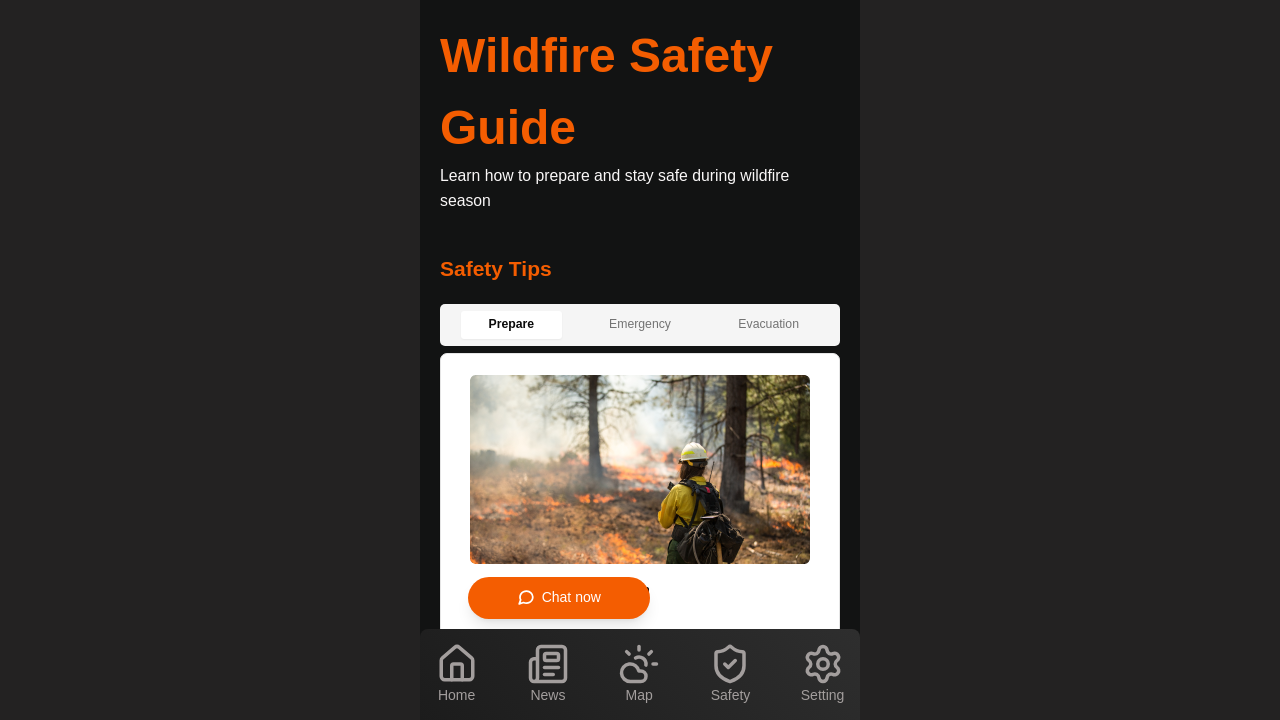
Repository: BCITKevin/Flare_IDSP
Page: /safety
These files come from the project's save history. The page is drawn as it stood at one moment and after the next save; the edit follows.
The browser window is 1280 px wide. The pictures show the whole page.
An inner scrolling area shows only its first screen. Some web fonts or font styles are not loaded; a fallback is used. The project was rebuilt for these pictures with package versions that can differ from the ones it lists, and the page was loaded fresh each time. The framework's server and built-in components were replaced by stand-ins that run in the browser. Also part of the build but not shown: next.config.js, next.config.mjs.

Above is the page before, as saved 2024-11-30 04:14:44.

After the next save:
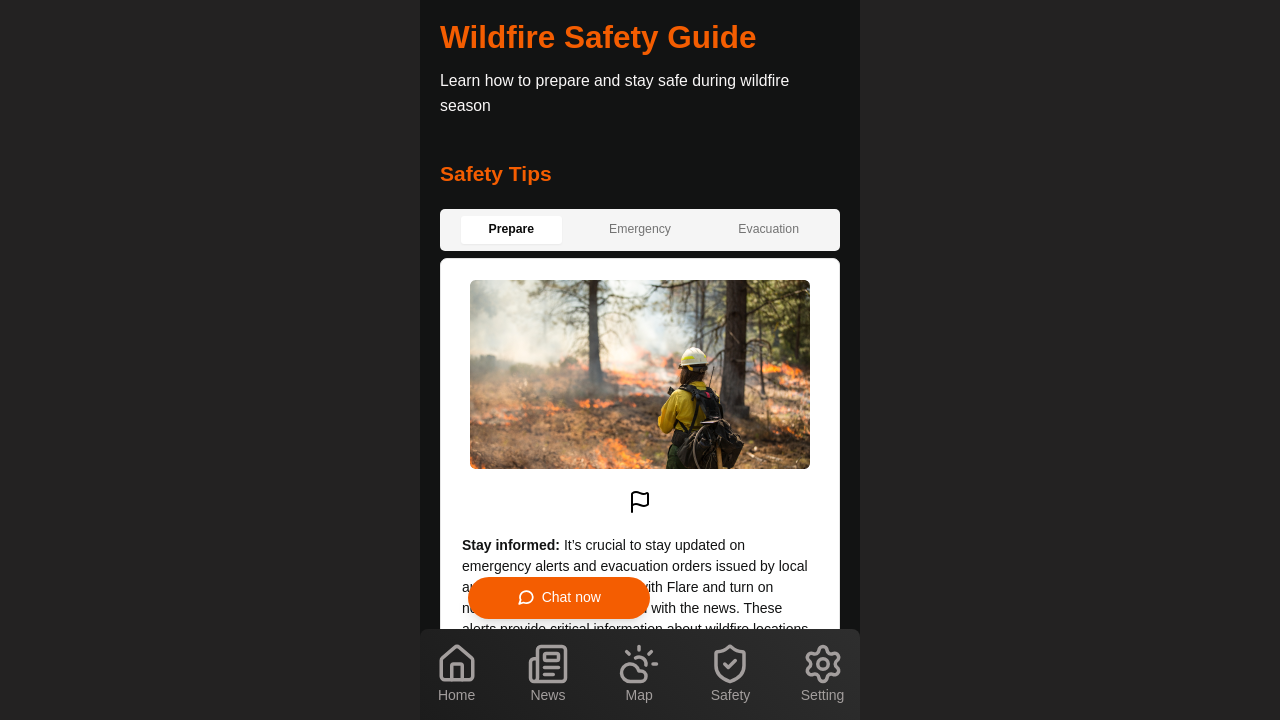
Saved 80 s later.
--- a/src/app/safety/page.tsx
+++ b/src/app/safety/page.tsx
@@ -156,7 +156,7 @@
         <body className="min-h-screen overflow-y-auto">
             <div className="safetyLayout h-full overflow-y-auto mb-44">
                 <div className={`mb-12 ${styles.safetyHeading}`}>
-                    <h1>
+                    <h1 className="text-4xl font-bold mb-4">
                         Wildfire Safety Guide
                     </h1>
                     <p className={`${styles.whiteText} text-lg `}>

After the save that followed:
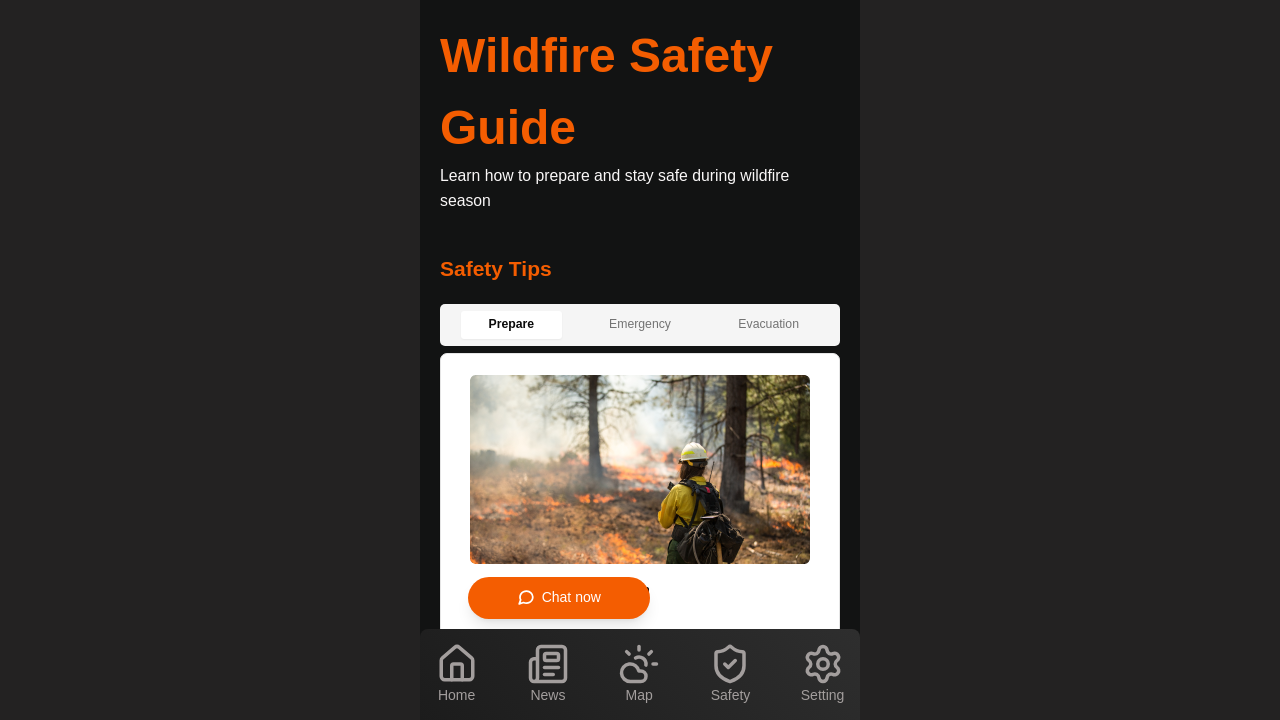
Saved 53 s later.
--- a/src/app/safety/page.tsx
+++ b/src/app/safety/page.tsx
@@ -156,7 +156,7 @@
         <body className="min-h-screen overflow-y-auto">
             <div className="safetyLayout h-full overflow-y-auto mb-44">
                 <div className={`mb-12 ${styles.safetyHeading}`}>
-                    <h1 className="text-4xl font-bold mb-4">
+                    <h1>
                         Wildfire Safety Guide
                     </h1>
                     <p className={`${styles.whiteText} text-lg `}>
